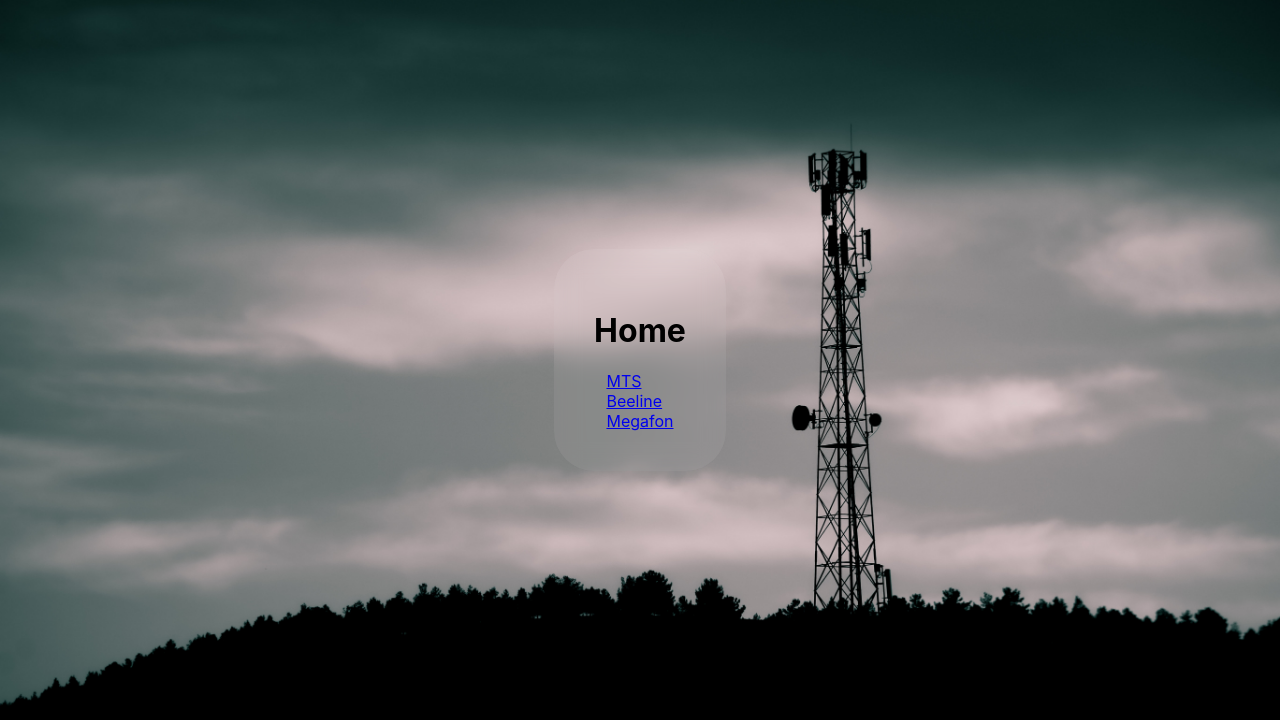
Repository: MiroslavWise/operator
Page: /
An editor plug-in stored every save of this project. The page is shown before and after the next save, followed by the edit.
The browser window is 1280 px wide. The pictures show the whole page.
The project was rebuilt for these pictures with package versions that can differ from the ones it lists, and the page was loaded fresh each time. Also part of the build but not shown: src/pages/MTS.jsx, src/pages/Beeline.jsx, src/pages/Megafon.jsx. Imported but missing from the stored project, and not drawn on this page: src/components/CompFormik.

Above is the page before, as saved 2022-02-15 19:01:18.

After the next save:
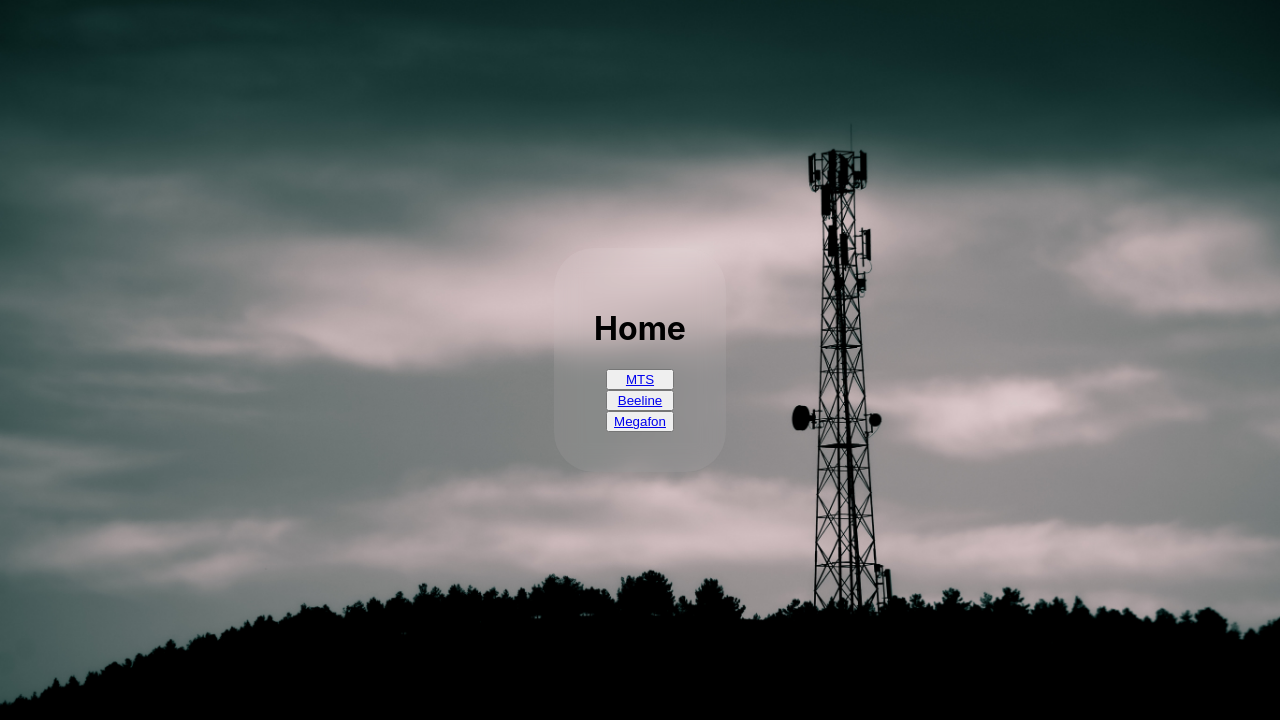
Saved 56 s later.
--- a/src/App.tsx
+++ b/src/App.tsx
@@ -6,9 +6,9 @@
   <div className='navigation'>
       <h1>Home</h1>
       <nav>
-        <Link to="mts">MTS</Link>
-        <Link to="beeline">Beeline</Link>
-        <Link to="megafon">Megafon</Link>
+        <button><Link to="mts">MTS</Link></button>
+        <button><Link to="beeline">Beeline</Link></button>
+        <button><Link to="megafon">Megafon</Link></button>
       </nav>
     </div>
   );
